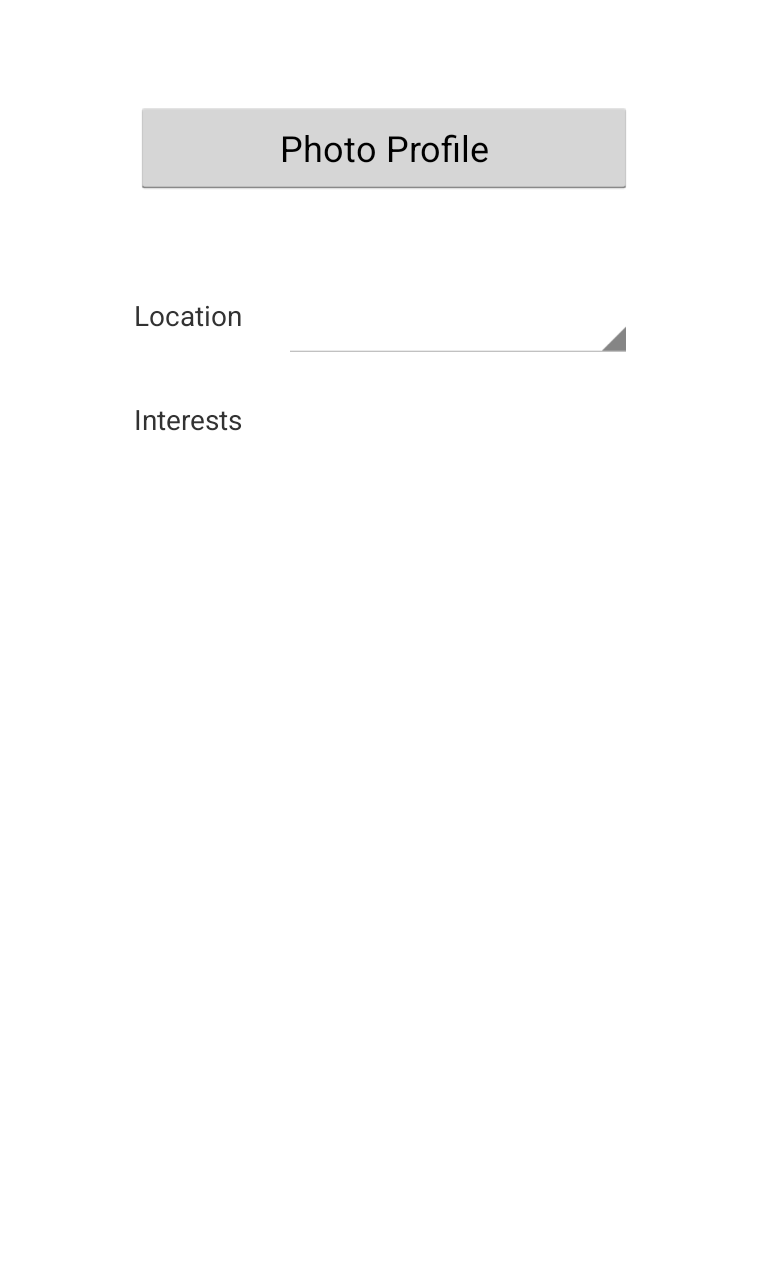
Repository: elvispap/The_Voice_of_People_Android_app
Layout: Voice of People/res/layout/profile_settings.xml
An editor plug-in stored every save of this project. The layout is shown before and after the next save, followed by the edit.
It is drawn on a 768 x 1280 px phone screen (xhdpi) without system bars, with theme AppTheme; the app's code is not run.

Above is the layout before, as saved 2014-01-05 20:42:54.

### Voice of People/res/layout/profile_settings.xml
<?xml version="1.0" encoding="utf-8"?>
<LinearLayout xmlns:android="http://schemas.android.com/apk/res/android"
    android:layout_width="match_parent"
    android:layout_height="match_parent"
    android:orientation="vertical" >

    <LinearLayout android:layout_width="250dp"
	    android:layout_height="wrap_content"
	    android:orientation="vertical"
	    android:layout_gravity="center_horizontal"
	    android:layout_marginTop="50dp">

        <Button
        android:id="@+id/button1"
        android:layout_width="match_parent"
        android:layout_height="wrap_content"
        android:text="Photo Profile"
        android:layout_gravity="center_horizontal" />

    </LinearLayout>

    <LinearLayout android:layout_width="250dp"
	    android:layout_height="wrap_content"
	    android:orientation="horizontal"
	    android:layout_gravity="center_horizontal"
	    android:layout_marginTop="50dp">

        <TextView
            android:id="@+id/textView1"
            android:layout_width="wrap_content"
            android:layout_height="wrap_content"
            android:text="Location" />
         <Spinner
		        android:id="@+id/location"
		        android:layout_width="match_parent"
		        android:layout_height="wrap_content"
		        android:layout_marginLeft="20dp"
		    />
    </LinearLayout>

    <LinearLayout android:layout_width="250dp"
	    android:layout_height="wrap_content"
	    android:orientation="horizontal"
	    android:layout_gravity="center_horizontal"
	    android:layout_marginTop="20dp">
			   <TextView
		            android:id="@+id/textView1"
		            android:layout_width="wrap_content"
		            android:layout_height="wrap_content"
		            android:text="Interests" />
	            <LinearLayout android:layout_width="250dp"
				    android:layout_height="wrap_content"
				    android:orientation="vertical"
				    android:layout_gravity="center_horizontal"
				    android:layout_marginTop="5dp">
				</LinearLayout>
     </LinearLayout>

</LinearLayout>

Loaded but not shown: Voice of People/res/values/styles.xml (common file); Voice of People/res/values-v11/styles.xml (common file); Voice of People/res/values-v14/styles.xml (common file)

After the next save:
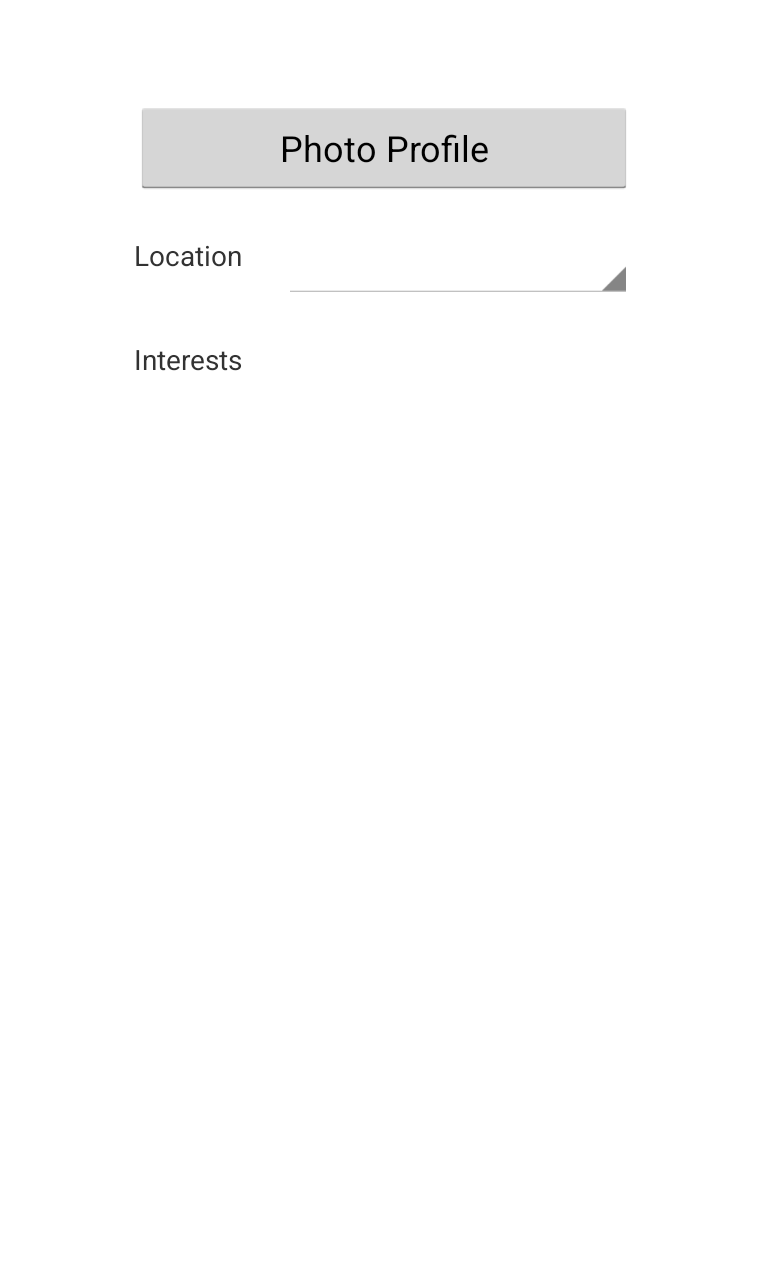
Saved 11 s later.
--- a/Voice of People/res/layout/profile_settings.xml
+++ b/Voice of People/res/layout/profile_settings.xml
@@ -23,7 +23,7 @@
 	    android:layout_height="wrap_content"
 	    android:orientation="horizontal"
 	    android:layout_gravity="center_horizontal"
-	    android:layout_marginTop="50dp">
+	    android:layout_marginTop="20dp">
 
         <TextView
             android:id="@+id/textView1"
